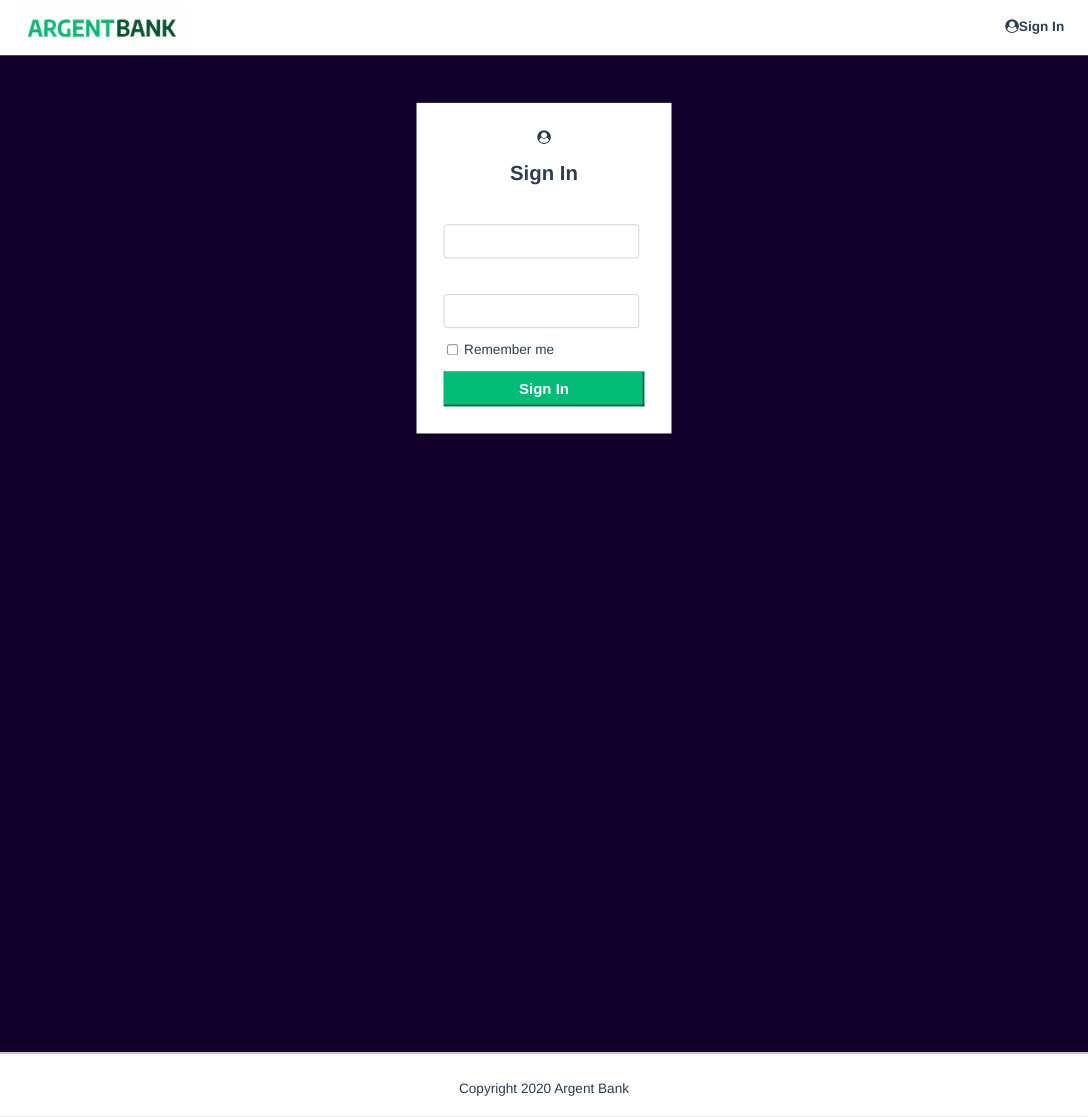
Repository: Dimple3377/ArgentBank-website
Page: /sign-in (app in banking-app/)
An editor plug-in stored every save of this project. The page is shown before and after the next save, followed by the edit.
The browser window is 1280 px wide. The pictures show the whole page, at 85% of full size.
The project was rebuilt for these pictures with package versions that can differ from the ones it lists, and the page was loaded fresh each time. Also part of the build but not shown: banking-app/src/components/Hero.jsx, banking-app/src/components/Feature.jsx, banking-app/src/pages/HomePage.jsx, banking-app/src/components/EditNameForm.jsx, banking-app/src/pages/UserPage.jsx.

Above is the page before, as saved 2024-06-07 03:35:28.

After the next save:
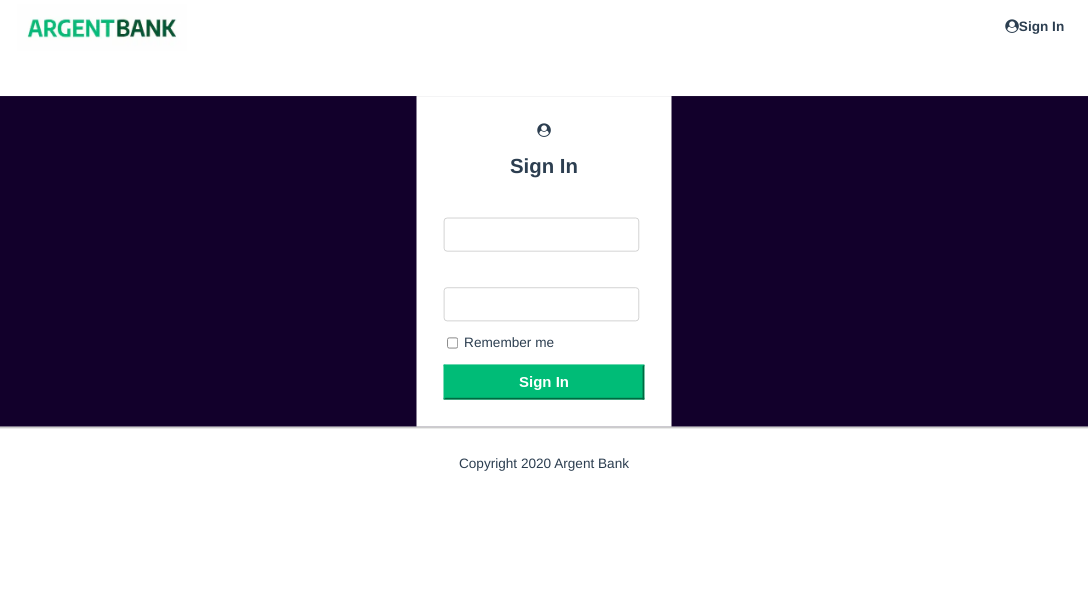
Saved 7 min 56 s later.
--- a/banking-app/src/components/EditNameForm.css
+++ b/banking-app/src/components/EditNameForm.css
@@ -6,6 +6,10 @@
   max-width: 400px;
   margin: 0 auto;
   margin-bottom: 1rem;
+}
+.bg-dark {
+  background-color: #12002b;
+  padding: 0;
 }
 
 .input-wrapper {

After the 3 saves that followed:
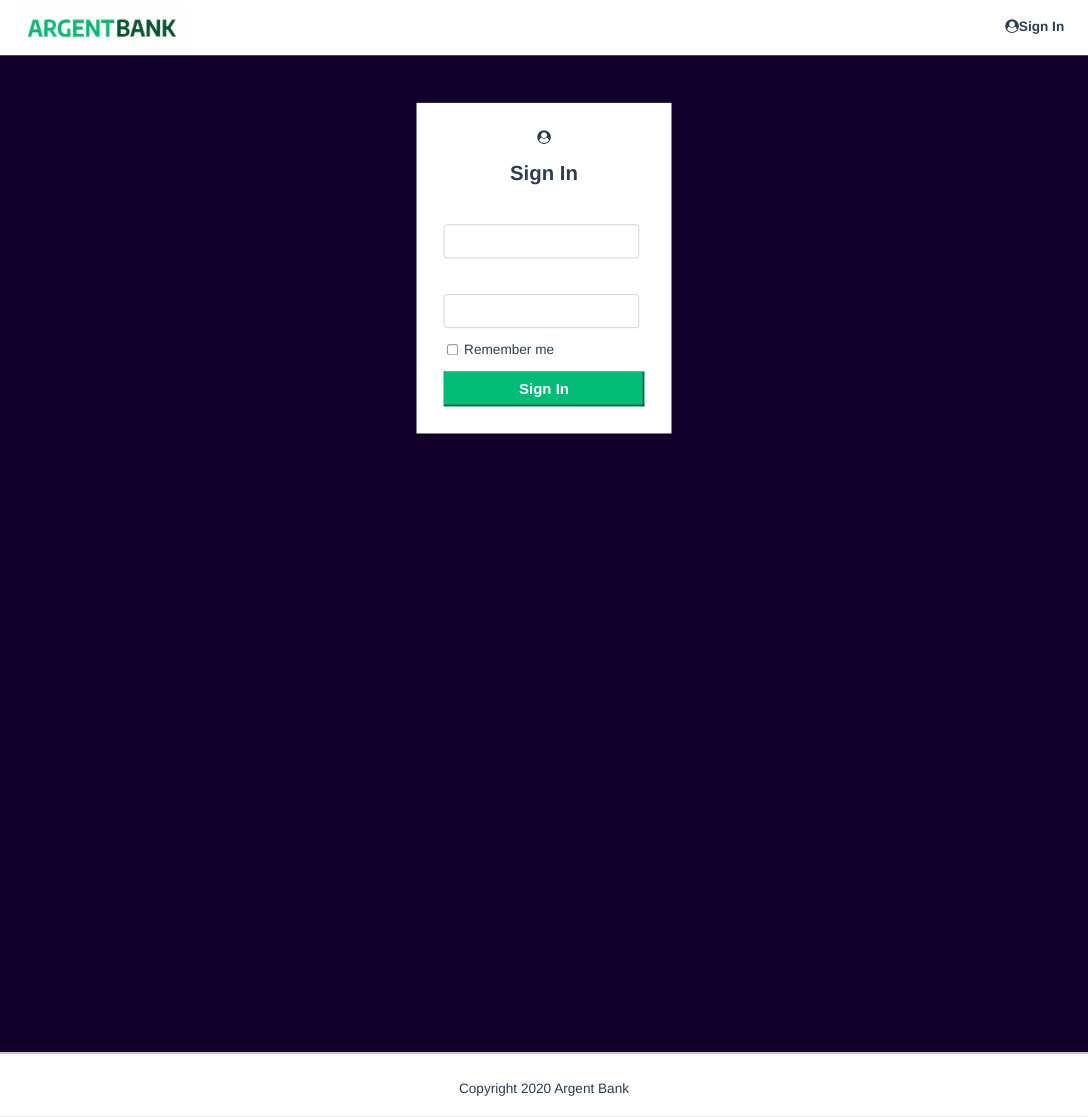
The 3 saves are shown as one change because 2 left the picture as it was.
The last was saved 7 min 42 s later.
--- a/banking-app/src/main.css
+++ b/banking-app/src/main.css
@@ -19,6 +19,8 @@ body {
 
 .bg-dark {
   background-color: #12002b;
+}
+.sign-in-page {
   padding-top: 0.5rem;
   padding-bottom: 45.5rem;
 }
--- a/banking-app/src/pages/SignInPage.jsx
+++ b/banking-app/src/pages/SignInPage.jsx
@@ -7,7 +7,7 @@ const SignInPage = () => {
   return (
     <>
       <Header />
-      <main className="main bg-dark">
+      <main className="main bg-dark sign-in-page">
         <section className="sign-in-content">
           <i className="fa fa-user-circle sign-in-icon"></i>
           <h1>Sign In</h1>
--- a/banking-app/src/components/EditNameForm.css
+++ b/banking-app/src/components/EditNameForm.css
@@ -9,7 +9,6 @@
 }
 .bg-dark {
   background-color: #12002b;
-  padding: 0;
 }
 
 .input-wrapper {
